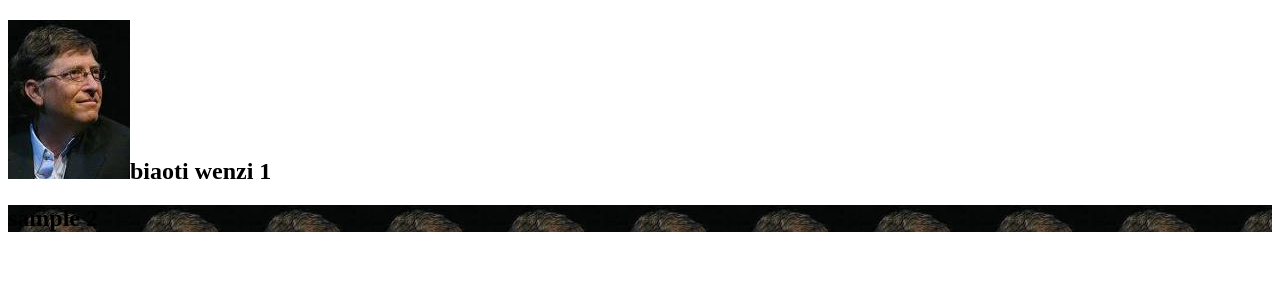
Repository: lixinso/html5
Page: workspace/CSS3/WebContent/selector_insert/selector_alt.html
These files come from the project's save history. The page is drawn as it stood at one moment and after the next save; the edit follows.
The browser window is 1280 px wide. The pictures show the whole page.

Above is the page before, as saved 2011-05-27 15:58:49.

After the next save:
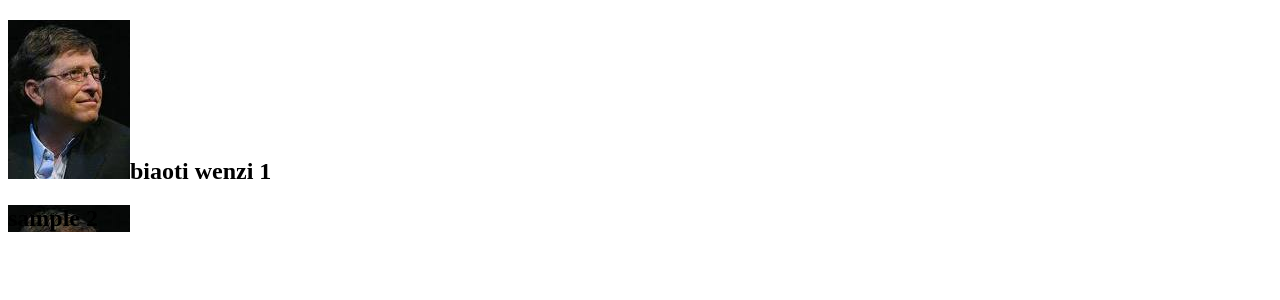
Saved 13 s later.
--- a/workspace/CSS3/WebContent/selector_insert/selector_alt.html
+++ b/workspace/CSS3/WebContent/selector_insert/selector_alt.html
@@ -11,7 +11,7 @@
 
 		h2.sample_b{
 			background-image:url(bill2.jpg);
-
+			background-repeat:no-repeat
 
 		}
 
